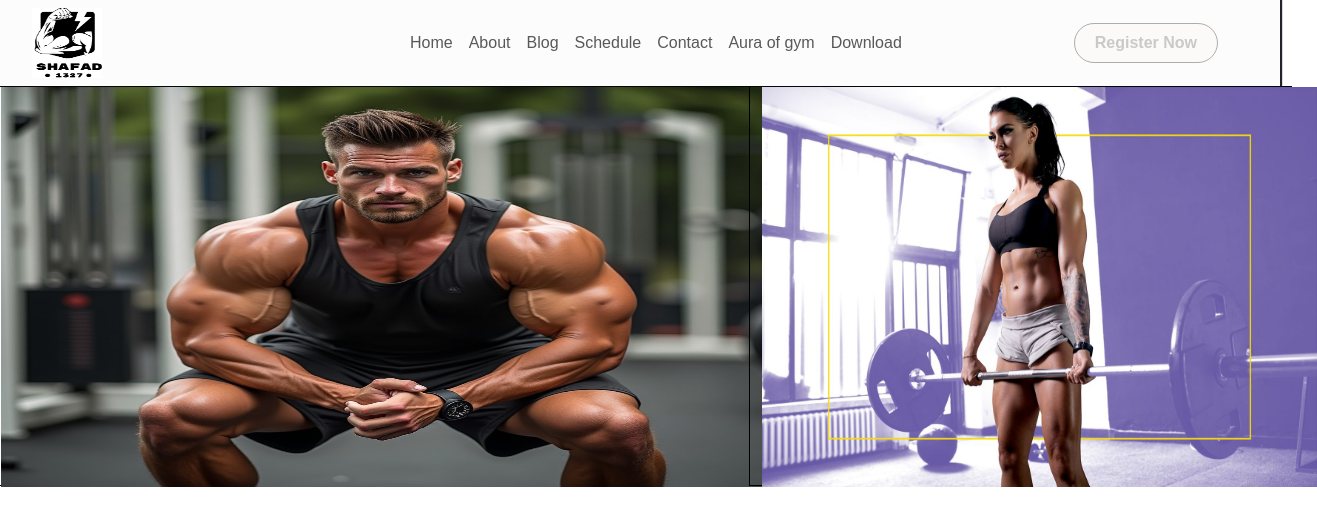
Repository: Daud-shafad/gymwebsite
Page: bootstrap-5.3.3-dist/bootstrap-5.3.3-dist/gym.html
These files come from the project's save history. The page is drawn as it stood at one moment and after the next save; the edit follows.
The browser window is 1280 px wide. The page is 1317 px wide, then 1297 px, so the pictures cover 1317 px, including what lies to the right of the window. The pictures show the whole page.

Above is the page before, as saved 2024-12-28 13:24:00.

After the next save:
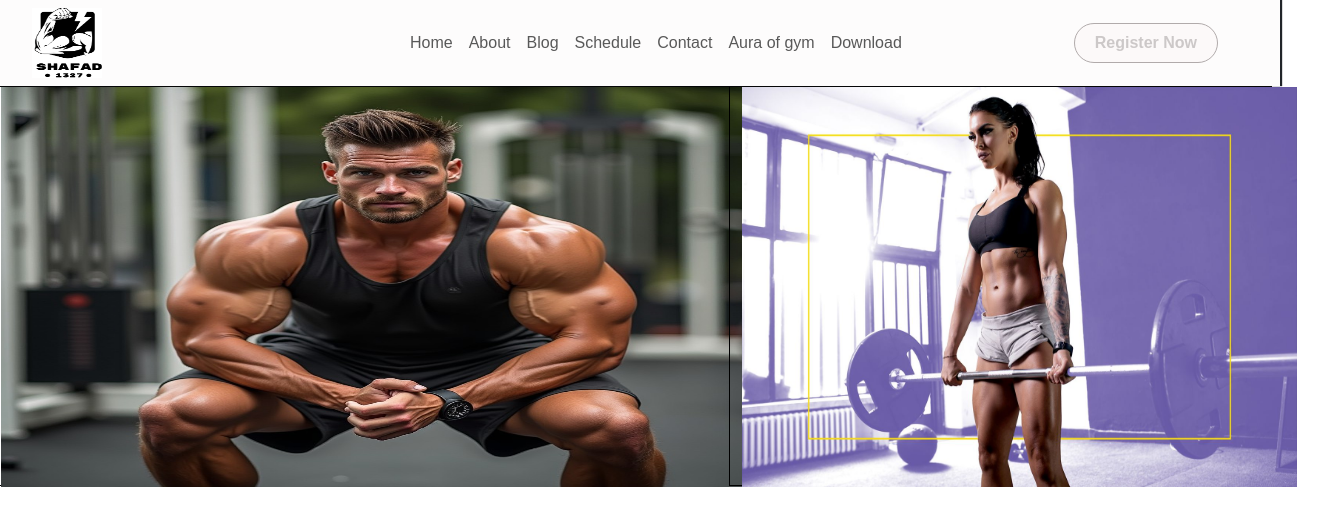
Saved 12 s later.
--- a/bootstrap-5.3.3-dist/bootstrap-5.3.3-dist/gym.css
+++ b/bootstrap-5.3.3-dist/bootstrap-5.3.3-dist/gym.css
@@ -42,5 +42,5 @@
 .row .col-5{
     height: 400px;
     border: 1px solid black;
-    margin-right: -20px;
+    margin-left: -20px;
 }
